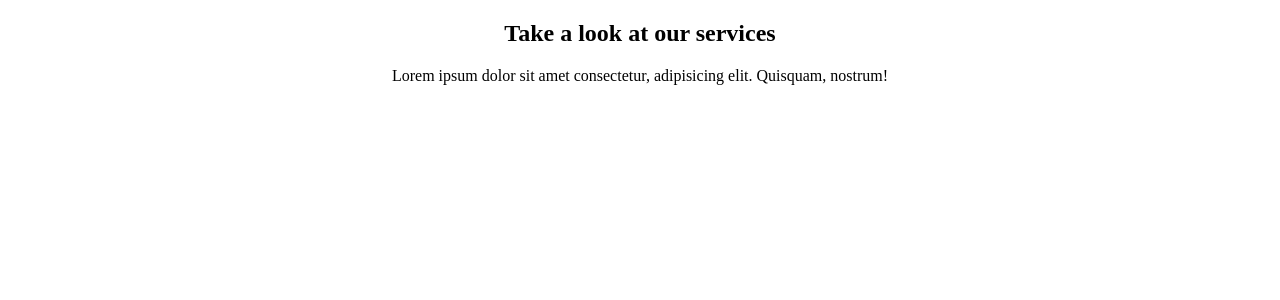
Repository: truongtn04/f8-fullstack-k5
Page: day05/ex03.html
These files come from the project's save history. The page is drawn as it stood at one moment and after the next save; the edit follows.
The browser window is 1280 px wide. The pictures show the whole page.

Above is the page before, as saved 2023-12-04 11:38:32.

After the next save:
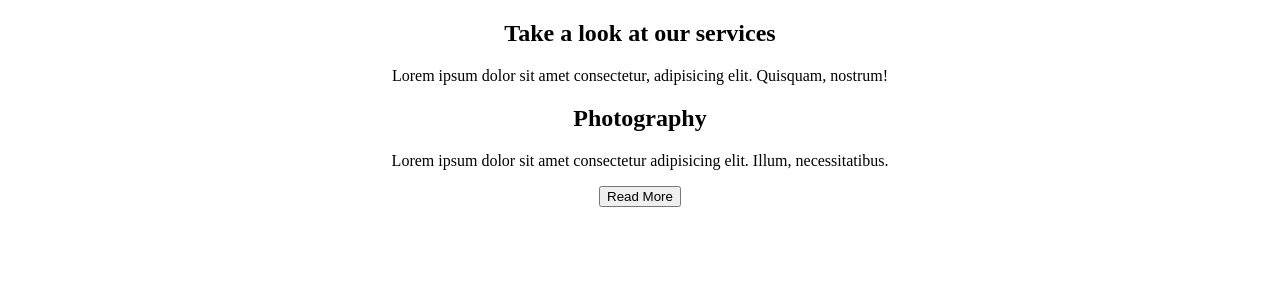
Saved 2 min 7 s later.
--- a/day05/ex03.html
+++ b/day05/ex03.html
@@ -11,6 +11,14 @@
     <section>
         <h1>Take a look at our services</h1>
         <p>Lorem ipsum dolor sit amet consectetur, adipisicing elit. Quisquam, nostrum!</p>
+        <div class="list-products">
+            <div class="item">
+                <span></span>
+                <h2>Photography</h2>
+                <p>Lorem ipsum dolor sit amet consectetur adipisicing elit. Illum, necessitatibus.</p>
+                <button>Read More</button>
+            </div>
+        </div>
     </section>
 </body>
 </html>
